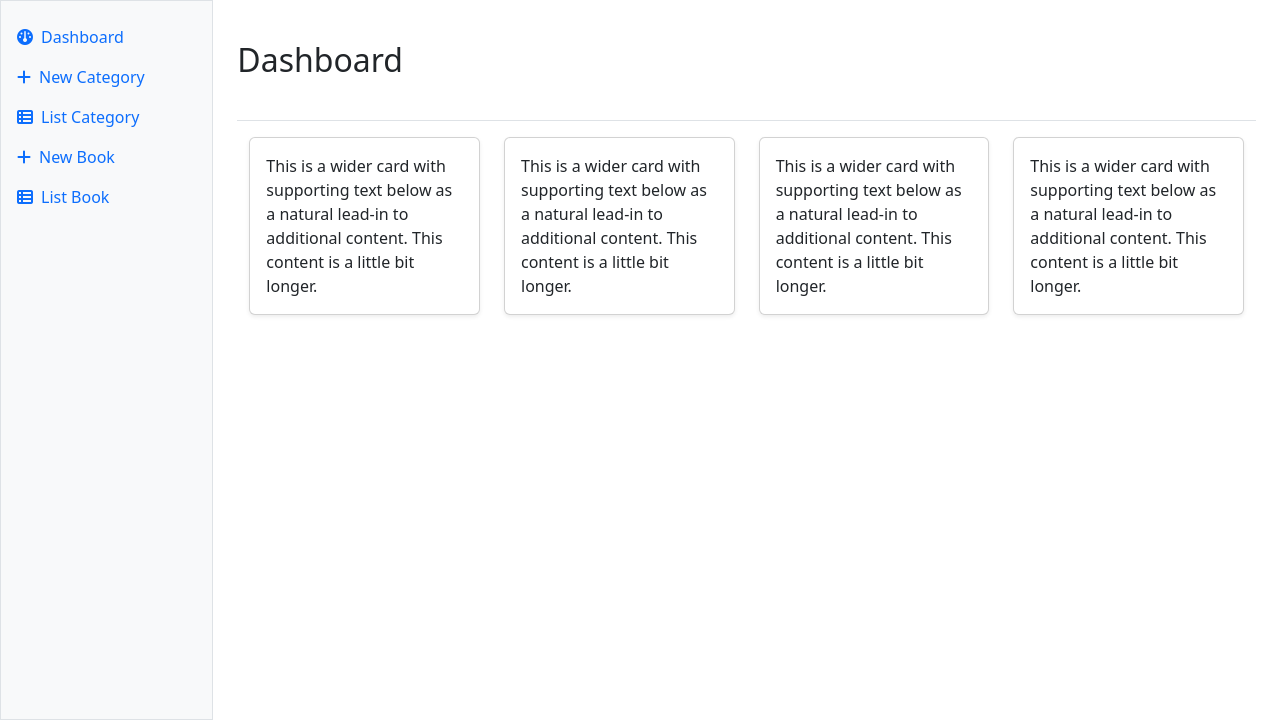
Repository: nyeinsu4520/coursera-test
Page: http://localhost/viewDashboard
These files come from the project's save history. The page is drawn as it stood at one moment and after the next save; the edit follows.
The browser window is 1280 px wide. The pictures show the whole page.
The page is this project's Thymeleaf template; nobody is signed in. The template is opened directly, without the code that normally fills it, so the values that code supplies are empty.

Above is the page before, as saved 2024-05-30 16:36:48.

After the next save:
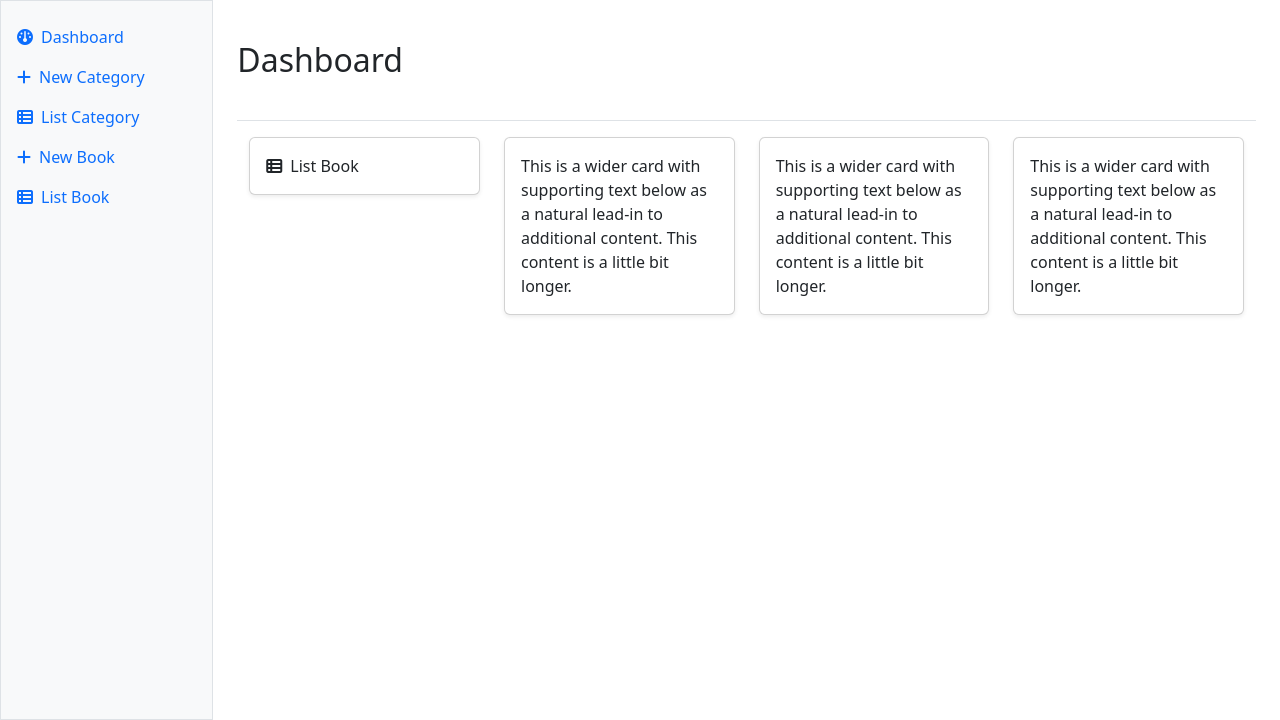
Saved 29 s later.
--- a/KetabHome/src/main/resources/templates/viewDashboard.html
+++ b/KetabHome/src/main/resources/templates/viewDashboard.html
@@ -83,8 +83,10 @@
           <div class="card shadow-sm">
 
             <div class="card-body">
-              <p class="card-text">This is a wider card with supporting text below as a natural lead-in to additional content. This content is a little bit longer.</p>
-
+               <a class="nav-link d-flex align-items-center gap-2" href="#">
+                            <i class="fa-solid fa-table-list"></i>
+                                List Book
+                            </a>
             </div>
           </div>
         </div>
